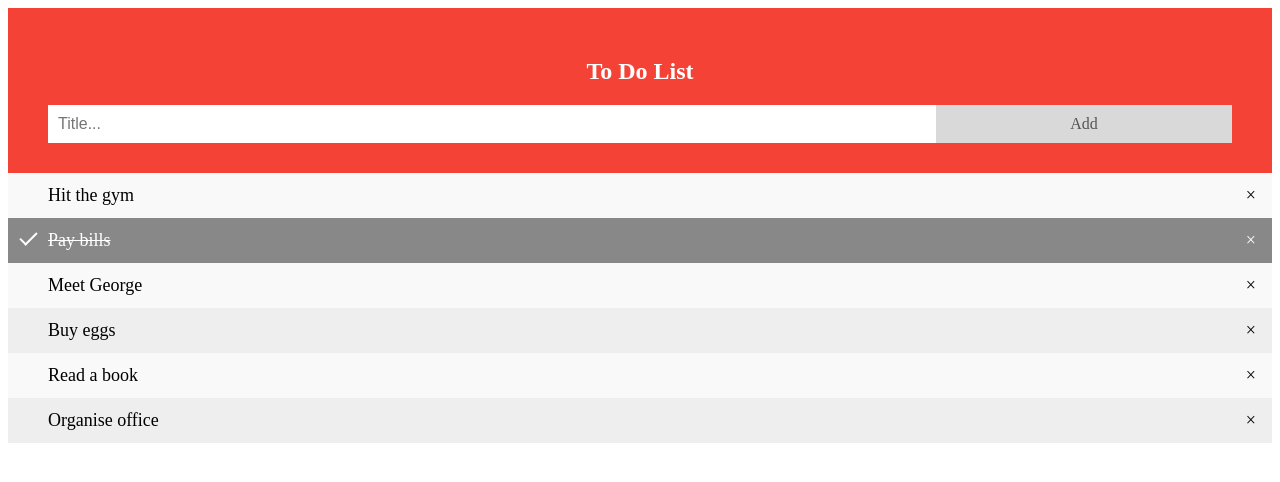
Repository: matheussgiovanella/POC
Page: Front/index.html
These files come from the project's save history. The page is drawn as it stood at one moment and after the next save; the edit follows.
The browser window is 1280 px wide. The pictures show the whole page.

Above is the page before, as saved 2022-11-07 14:34:00.

After the next save:
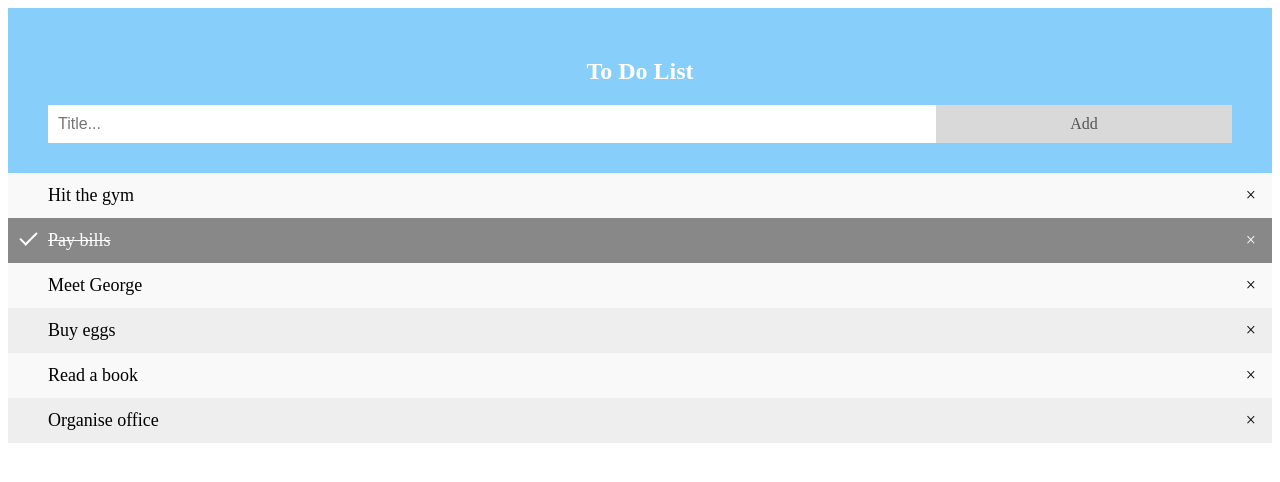
Saved 4 min 57 s later.
--- a/Front/style.css
+++ b/Front/style.css
@@ -71,7 +71,7 @@
 
   /* Style the header */
   .header {
-    background-color: #f44336;
+    background-color: lightskyblue;
     padding: 30px 40px;
     color: white;
     text-align: center;
